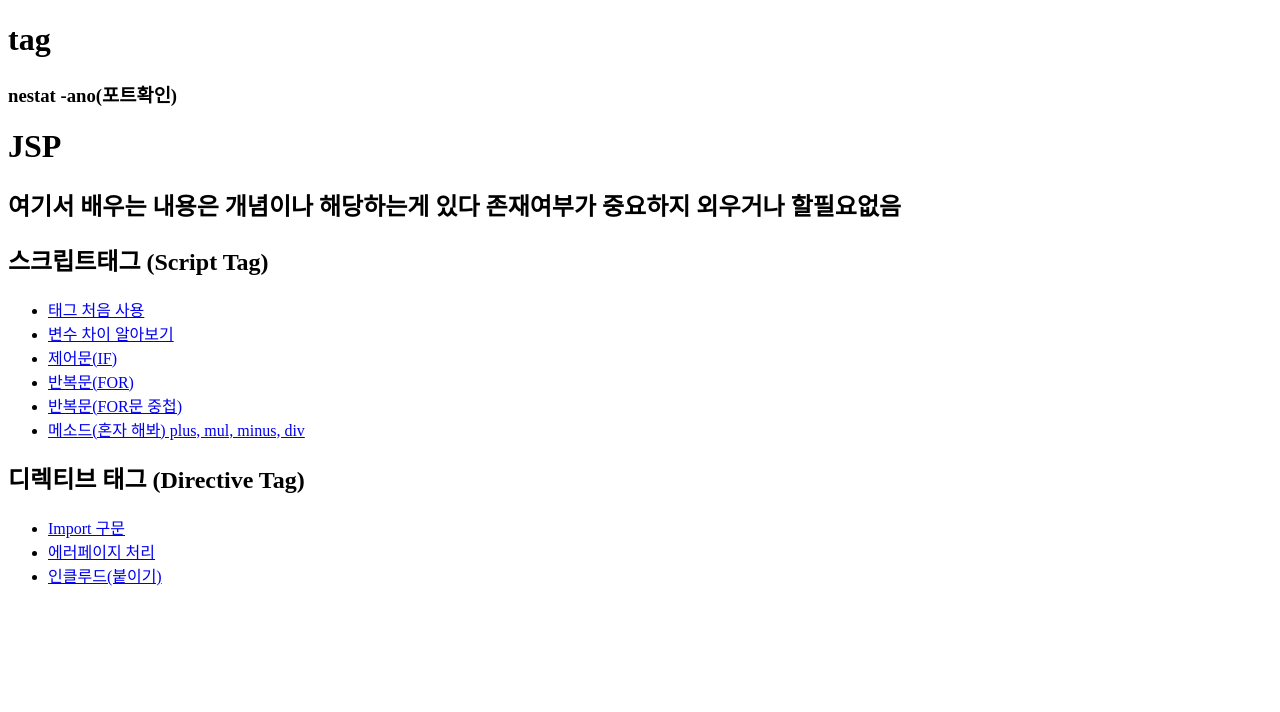
Repository: SanctusAlbino/Jsp_Servlet
Page: http://localhost/03.Tag/
An editor plug-in stored every save of this project. The page is shown before and after the next save, followed by the edit.
The browser window is 1280 px wide. The pictures show the whole page.
The page is served by Tomcat 9.

Above is the page before, as saved 2023-05-19 03:10:02.

After the next save:
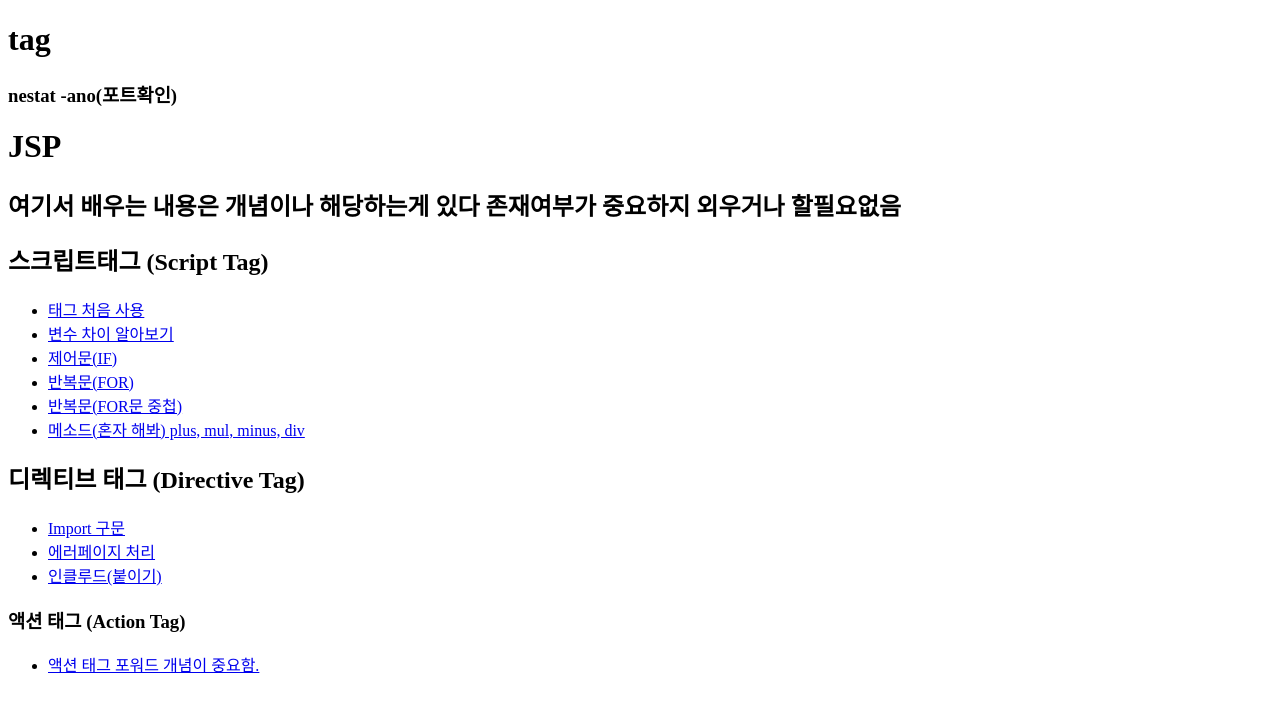
Saved 18 s later.
--- a/03.Tag/src/main/webapp/index.html
+++ b/03.Tag/src/main/webapp/index.html
@@ -29,6 +29,11 @@
 			<li><a href="02.Directive/Ex03_IncludeMain.jsp">인클루드(붙이기)</a></li>
 		</ul>
 
+	<h3> 액션 태그 (Action Tag)</h3>
+		<ul>
+			<li><a href="03.Action/Ex01_Forward.jsp">액션 태그 포워드 개념이 중요함.</a></li>
+
+		</ul>
 
 </body>
 </html>
